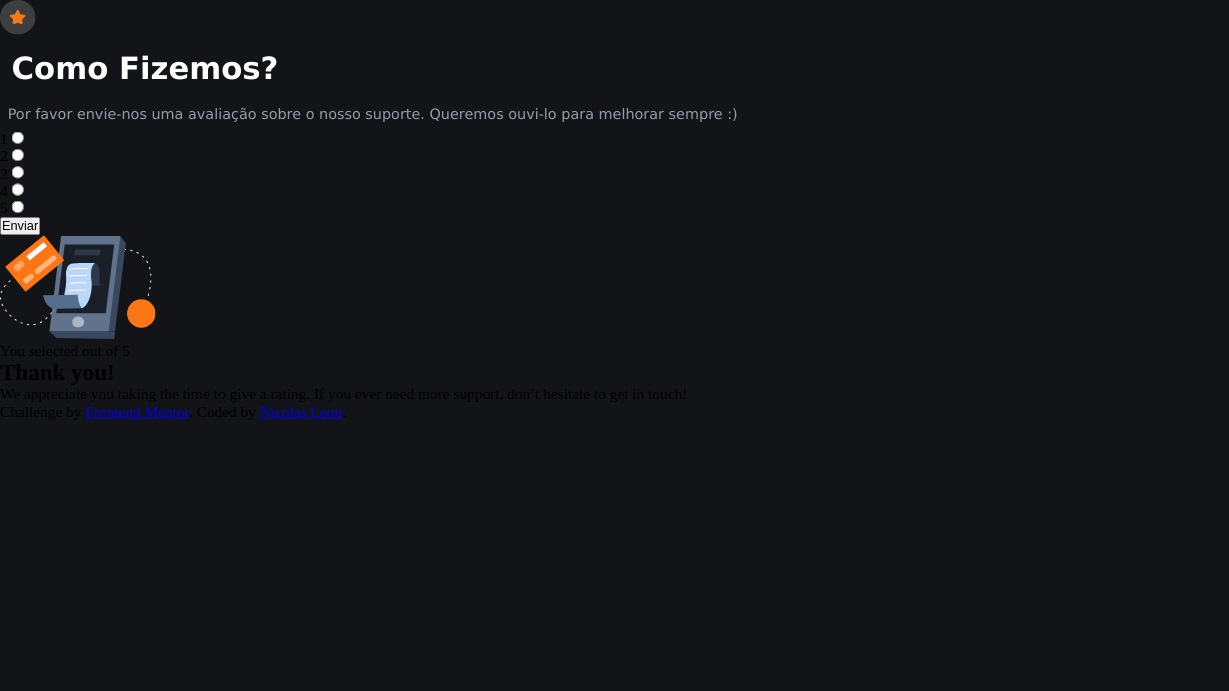
Repository: Leonngc/projeto-avaliacao
Page: index.html
These files come from the project's save history. The page is drawn as it stood at one moment and after the next save; the edit follows.
The browser window is 1280 px wide. The pictures show the whole page, at 96% of full size.

Above is the page before, as saved 2023-01-29 20:00:22.
Console error: SyntaxError: Unexpected token ')'

After the next save:
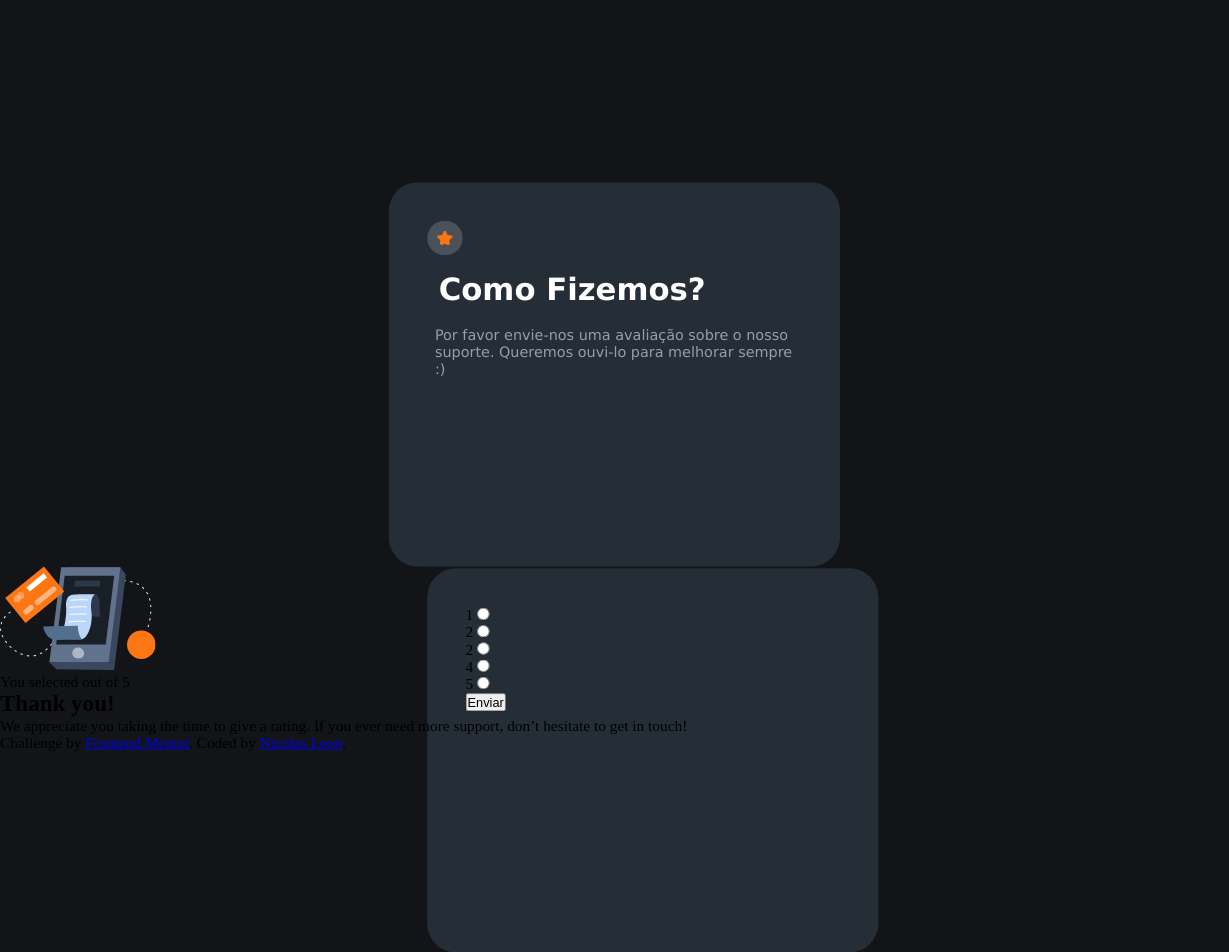
Saved 9 s later.
--- a/styles/style.css
+++ b/styles/style.css
@@ -15,7 +15,7 @@ body{
   background-color: var(--very-dark-blue);
 }
 
-.ratting{
+#card{
   background-color: var(--dark-blue);
   margin: auto;
   margin-top: 190px;
